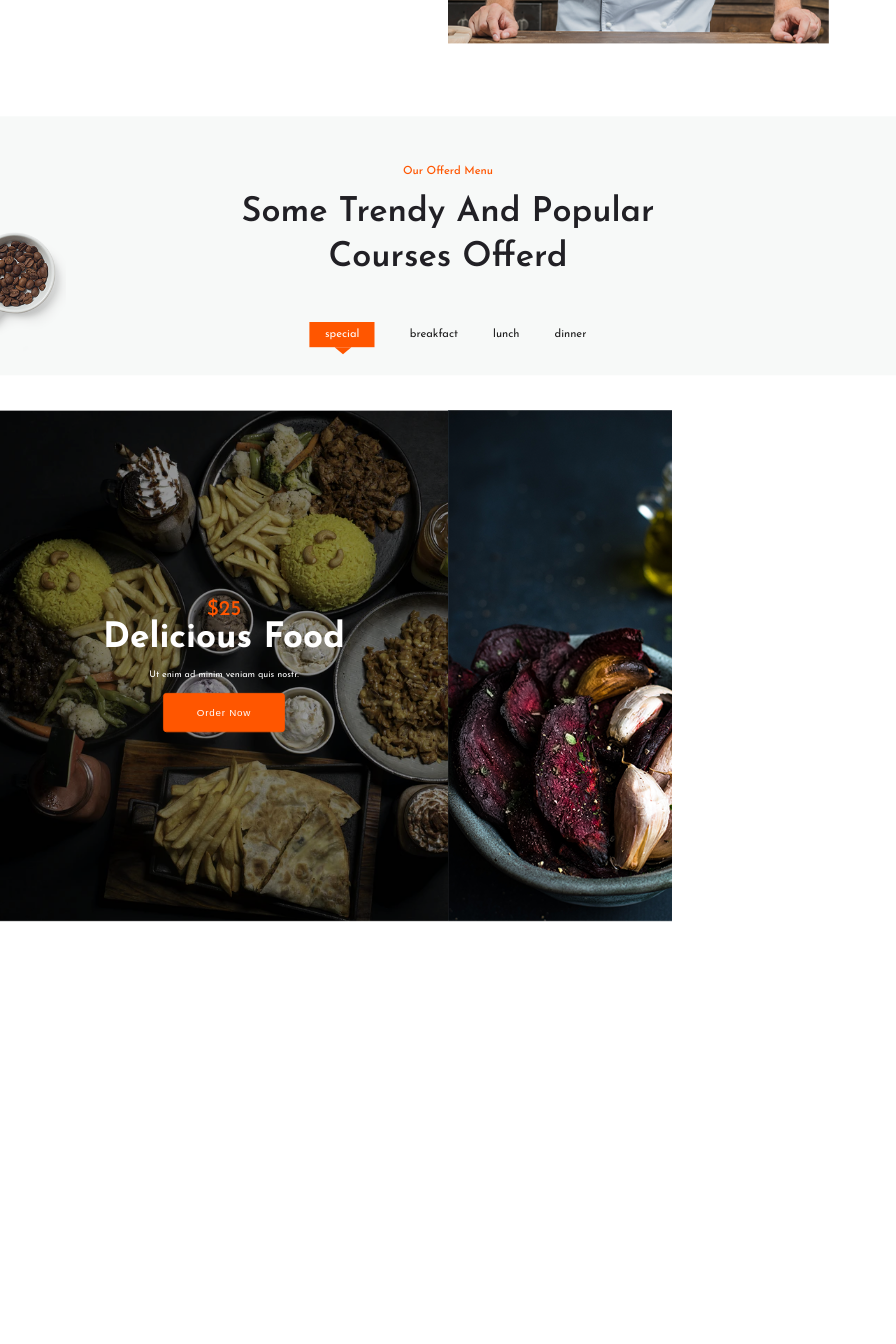
Repository: Ebtehal18/food
Page: index.html
These files come from the project's save history. The page is drawn as it stood at one moment and after the next save; the edit follows.
The browser window is 1280 px wide. The pictures show the part of the page from y = 1770 to 3690 px (the page is 10000 px tall), at 70% of full size.

Above is the page before, as saved 2024-01-18 15:15:41.

### index.html
<!DOCTYPE html>
<html lang="en">
  <head>
    <meta charset="UTF-8" />
    <meta name="viewport" content="width=device-width, initial-scale=1.0" />
    <title>Food All</title>
    <link rel="preconnect" href="https://fonts.googleapis.com">
    <link rel="preconnect" href="https://fonts.gstatic.com" crossorigin>
    <link href="https://fonts.googleapis.com/css2?family=Josefin+Sans:wght@200;300;400;500;600;700&display=swap" rel="stylesheet">
    <link rel="stylesheet" href="asessets/css/style.css" />
    <link rel="stylesheet" href="asessets/css/External/all.min.css" />
  </head>
  <body>
    <!-- nav bar -->
    <header class="header">
      <div class="logo"><img src="asessets/imgs/logo.png" alt="logo" /></div>
      <label for="checkbox"><i class="fa-solid fa-bars"></i></label>
      <input type="checkbox" id="checkbox">
      <nav class="nav">
        <ul class="nav-list">
          <li class="list-item"><a href="#">Home</a></li>
          <li class="list-item"><a href="#">About</a></li>
          <li class="list-item"><a href="#">Menu</a></li>
          <li class="list-item">
            <a href="#">Blog</a>
            <ul class="dropdown-list">
              <li class="dropdown-item"><a href="#">Blog</a></li>
              <li class="dropdown-item"><a href="#">Blog Details</a></li>
              <li class="dropdown-item"><a href="#">Element</a></li>
            </ul>
          </li>
          <li class="list-item"><a href="#">Contact</a></li>
        </ul>
      </nav>
      <button class="btn btn-nav">Order Online</button>
    </header>

    <!-- hero -->

    <section class="hero">
      <div class="container">
        <div class="row">
         <div class="hero-content">
           <span class="span">Discover Your Teste</span>
          <h1>We belive good food offer great smile</h1>
          <p>
            Ut enim ad minim veniam, quis nostrud exercitation ullamco laboris
            nisi ut aliquip ex ea commodo consequat is aute irure.
          </p>
          <button class="btn-hero">Resurvation</button>
        </div>
          </div>
        </div>
      </div>
    </section>

  <!-- about -->
    <section class="about">
      <div class="container">
        <div class="row">
        <div class="about-content">
          <span class="span">Discover Your Teste</span>
          <h2>We Provide Good Food For Your Family!</h2>
          <p>Ut enim acgsd minim veniam, quxcis nostrud exercitation ullamco laboris nisi ufsit aliquip ex ea commodo consequat is aute irure m, quis nostrud exer.</p>
          <div class="row">
        <div class="about-detail">
          <div class="about-icon">
            <img src="asessets/imgs/cooking.png" alt="cooking">
          </div>
        <p>Ut enim ad minim veniam, quis nostrud exer.</p>
      </div>
        <div class="about-detail">
          <div class="about-icon">
            <img src="asessets/imgs/restaurant.png" alt="cooking">
          </div>
        <p>Ut enim ad minim veniam, quis nostrud exer.</p>
      </div>
        <div class="about-detail">
          <div class="about-icon">
            <img src="asessets/imgs/chef.png" alt="cooking">
          </div>
        <p>Ut enim ad minim veniam, quis nostrud exer.</p>
      </div>
        <div class="about-detail">
          <div class="about-icon">
            <img src="asessets/imgs/cooking.png" alt="cooking">
          </div>
        <p>Ut enim ad minim veniam, quis nostrud exer.</p>
      </div>
          </div>
        </div>
        <div class="about-img">
          <img src="asessets/imgs/about.png" alt="chef's img">
        </div>
        </div>
      </div>
    </section>
    <!-- menu -->
    <section class="menu-sec">
      <div class="menu">
         <div class="container">
        <div class="menu-heading">
          <span class="span">Our Offerd Menu</span>
          <h2>Some Trendy And Popular Courses Offerd</h2>
          <ul class="list-menu">
            <li class="menu-item"><a href="#">special</a></li>
            <li  class="menu-item"><a href="#">breakfact</a></li>
            <li  class="menu-item"><a href="#">lunch</a></li>
            <li  class="menu-item"><a href="#">dinner</a></li>
          </ul>
        </div>


      </div>
    </div>
      <div class="grid-menu">
        <div class="menu-img">
          <div class="overlay">
            <span class="span">$25</span>
            <h2>Delicious Food</h2>
            <p>Ut enim ad minim veniam quis nostr.</p>
            <button class="btn-hero">Order Now</button>
          </div>
        </div>
        <div class="menu-img"></div>
        <div class="menu-img"></div>
        <div class="menu-img"></div>

      </div>
    </section>

  </body>
</html>

### asessets/css/style.css
/*
=======================================================
          public styles
======================================================= */
*,
*::after,
*::before {
  margin: 0;
  padding: 0;
  box-sizing: border-box;
}
html,
body {
  overflow-x: hidden;
}
body {
  font-family: "Josefin Sans", sans-serif;
  color: #141517;
  height: 10000px;
}
a {
  text-decoration: none;
}
li {
  list-style: none;
}
.container {
  width: 85%;
  margin: auto;
}
.row {
  display: flex;
  justify-content: space-between;
  align-items: flex-start;
}
.span {
  color: #ff5600;
  font-size: 16px;
  font-weight: 500;
  display: inline-block;
}

@media (max-width: 767px) {
  .row {
    flex-flow: column wrap;
  }
}

/*
=====================================================
            end public styles
=====================================================
 */

/* ===============
        navbar
 ================= */
.header {
  z-index: 999;
  display: flex;
  background-color: #fff;
  position: fixed;
  justify-content: space-around;
  align-items: center;
  top: 0;
  padding: 20px 65px;
  width: 100%;
}
.header .logo {
  width: 46%;
}
.header .nav .nav-list .list-item {
  padding: 0 30px;
  display: inline-block;
}
.header .nav .nav-list .list-item a {
  color: #141517;
  font-weight: 400;
  font-size: 16px;
  text-decoration: none;
}
.header .nav .nav-list .list-item a:hover {
  color: #ff5600;
}
.header .nav .nav-list .list-item:nth-child(4) {
  position: relative;
}
.header .nav .list-item .dropdown-list {
  padding: 10px 15px;
  background-color: #fff;
  position: absolute;
  top: 44px;
  left: -4px;
  opacity: 0;
  transition: all 0.4s ease-in;
  -webkit-transition: all 0.4s ease-in;
  -moz-transition: all 0.4s ease-in;
  -ms-transition: all 0.4s ease-in;
  -o-transition: all 0.4s ease-in;
}
.header .nav .nav-list .list-item:nth-child(4):hover .dropdown-list {
  opacity: 1;
  top: 63px;
}

.header .nav .list-item .dropdown-list li {
  width: 140px;
  display: inline-block;
  margin-bottom: 20px;
}
.header .btn {
  position: relative;
  z-index: 1;
  cursor: pointer;
  color: #464d65;
  outline: none;
  border: 1px solid #ff5600;
  font-size: 14px;
  font-weight: 500;
  background-color: transparent;
  padding: 19px 47px;
  border-radius: 5px;
  -webkit-border-radius: 5px;
  -moz-border-radius: 5px;
  -ms-border-radius: 5px;
  -o-border-radius: 5px;
  transition: all 0.4s ease-in;
  -webkit-transition: all 0.4s ease-in;
  -moz-transition: all 0.4s ease-in;
  -ms-transition: all 0.4s ease-in;
  -o-transition: all 0.4s ease-in;
}
.header .btn::before {
  background-color: #ff5600;
  position: absolute;
  content: "";
  top: 0;
  left: 0;
  height: 0%;
  width: 100%;
  z-index: -1;
  transition: all 0.4s ease-in;
  -webkit-transition: all 0.4s ease-in;
  -moz-transition: all 0.4s ease-in;
  -ms-transition: all 0.4s ease-in;
  -o-transition: all 0.4s ease-in;
}
.header .btn:hover {
  color: #fff;
}
.header .btn:hover::before {
  height: 100%;
}
.header input,
label {
  display: none;
}
@media (max-width: 1100px) {
  .header .logo {
    width: 20%;
  }
}

@media (max-width: 991px) {
  .header {
    justify-content: space-between;
    padding: 10px 20px;
  }
  .header .logo {
    width: 84%;
  }
  .header nav .nav-list {
    display: none;
  }
  .header .nav-list {
    padding: 20px 0;
    left: 0;
    right: 0;
    background-color: #ffb400fa;
    position: absolute;
    top: 100%;
  }

  .header .nav .nav-list .list-item {
    margin-bottom: 20px;
    padding: 0 30px;
    display: block;
  }
  .header .nav .nav-list .list-item a {
    color: #fff;
  }

  .header .nav .nav-list .list-item:nth-child(4):hover .dropdown-list {
    border-radius: 5px;
    left: 30px;
    top: 23px;
    background-color: #ff5600;
    -webkit-border-radius: 5px;
    -moz-border-radius: 5px;
    -ms-border-radius: 5px;
    -o-border-radius: 5px;
  }
  .header .nav .list-item .dropdown-list li {
    display: block;
  }
  .header .nav .list-item .dropdown-list a,
  .header .nav .list-item .dropdown-list a:hover {
    color: #fff;
  }
  .header .btn {
    display: none;
  }
  .header label {
    display: block;
  }
  .header label i {
    font-size: 24px;
  }
  .header input:checked + nav .nav-list {
    display: block;
  }
}

/* ===============
       end  navbar
 ================= */
/* ===============
       hero
 ================= */
.hero {
  display: flex;
  width: 100%;
  height: 1080px;
  background-image: url(../imgs/h1_hero.png);
  background-size: cover;
  background-position: bottom;
}

/* .hero .hero-content {
  margin-top: -237px;
} */

.hero .hero-content h1 {
  margin-top: 40px;
  font-weight: 700;
  color: #212025;
  font-size: 87px;
  width: 80%;
  line-height: 1.4;
}
.hero .hero-content p {
  font-weight: 400;
  margin-bottom: 30px;
  line-height: 1.3;
  width: 44%;
  color: #212025;
  font-size: 16px;
}
 .btn-hero {
  letter-spacing: 1.1px;
  position: relative;
  z-index: 1;
  cursor: pointer;
  color: #fff;
  outline: none;
  border: 1px solid #ff5600;
  font-size: 14px;
  font-weight: 500;
  background-color: #ff5600;
  padding: 19px 47px;
  border-radius: 5px;
  -webkit-border-radius: 5px;
  -moz-border-radius: 5px;
  -ms-border-radius: 5px;
  -o-border-radius: 5px;
  transition: all 0.4s ease-in;
  -webkit-transition: all 0.4s ease-in;
  -moz-transition: all 0.4s ease-in;
  -ms-transition: all 0.4s ease-in;
  -o-transition: all 0.4s ease-in;
}
 .btn-hero::before {
  z-index: -1;
  content: "";
  background-color: rgba(0, 0, 0, 0.6);
  top: 0;
  left: 0;
  width: 0;
  height: 100%;
  position: absolute;
  transition: all 0.4s;
  -webkit-transition: all 0.4s;
  -moz-transition: all 0.4s;
  -ms-transition: all 0.4s;
  -o-transition: all 0.4s;
}
.btn-hero:hover::before {
  filter: grayscale(50%);
  width: 100%;
  -webkit-filter: grayscale(50%);
}
@media (max-width: 1100px) {
  .hero .hero-content {
    margin: 0;
  }
  .hero .hero-content h1 {
    font-size: 60px;
  }
}

@media (max-width: 991px) {
  .hero {
    height: 700px;
  }
  .hero .hero-content {
    margin: 0;
    padding: 206px 0 100px;
  }
  .hero .hero-content .span {
    margin-bottom: 40px;
  }
  .hero .hero-content h1 {
    width: 88%;
    font-size: 50px;
    margin-bottom: 40px;
  }
  .hero .hero-content p {
    line-height: 1.4;
    width: 74%;
  }
}

@media (max-width: 767px) {
  .hero {
    height: 600px;
  }
  .hero .hero-content {
    padding: 100px 0 0;
    margin: 0;
  }
  .hero .hero-content span {
    margin-bottom: 20px;
  }
  .hero .hero-content h1 {
    font-size: 27px;
    width: 100%;
    margin-bottom: 30px;
  }
  .hero .hero-content p {
    margin-bottom: 20px;
    width: 100%;
  }
}

/* about */
.about {
  padding: 100px 0;
}
.about .container .row {
  align-items: center;
}
.about .about-content {
  width: 50%;
}
.about .about-content h2 {
  margin: 15px 0 20px;
  color: #212025;
  font-size: 49px;
  font-weight: 600;
  line-height: 1.4;
  width: 83%;
}
.about .about-content p {
  width: 77%;
  color: #212025;
  font-size: 16px;
  font-weight: 400;
  line-height: 1.3;
}
.about .about-content .row {
  margin-top: 50px;
  display: grid;
  grid-template-columns: repeat(2, 1fr);
  gap: 20px;
}
.about .about-content .row .about-detail {
  display: flex;
  gap: 20px;
  align-items: center;
}
.about .about-content .row .about-detail p {
  width: 69%;
}

.about .row .about-detail .about-icon {
  width: 15%;
}
.about .row .about-detail .about-icon img,
.about .about-img img {
  width: 100%;
}
.about .about-img {
  width: 50%;
}
@media (max-width: 991px) {
  .about {
    padding: 50px 0;
  }
  .about .row {
    flex-flow: row wrap;
  }
  .about .about-content {
    width: 100%;
  }
  .about .about-content h2 {
    width: 100%;
    font-size: 27px;
  }
  .about .about-content .row {
    margin-top: 25px;
    display: grid;
    grid-template-columns: repeat(2, 1fr);
    gap: 20px;
  }
  .about .about-img {
    margin-top: 20px;
    width: 100%;
  }
}

@media (max-width: 767px) {
  .about {
    padding: 40px 0;
  }
  .about .about-content {
    width: 100%;
  }
  .about .about-content h2 {
    width: 100%;
    font-size: 27px;
  }
  .about .about-content .row {
    margin-top: 25px;
    display: grid;
    grid-template-columns: repeat(1, 1fr);
    gap: 20px;
  }
  .about .about-img {
    margin-top: 20px;
    width: 100%;
  }
}
/* menu */
.menu {
  background-image: url(../imgs/section_bg01.png);
  background-size: cover;
  background-position: center center;
  padding: 70px 0 50px;
}
.menu .menu-heading {
  text-align: center;
}
/* .menu .menu-heading span {
  margin-bottom: 20px;
} */
.menu .menu-heading h2 {
  line-height: 1.3;
  margin: auto;
  width: 59%;
  color: #212025;
  font-size: 49px;
  font-weight: 600;
  margin-top: 20px;
}
.menu .menu-heading .list-menu {
  margin-top: 70px;
  display: flex;
  justify-content: center;
  gap: 50px;
}
}
.menu .menu-heading .list-menu li a{
  text-transform: uppercase;

}

.menu .menu-heading .list-menu li:not(:first-child) a {
  z-index: 1;
  font-weight: 400;
  font-size: 16px;
  color: #1b1b1b;
  text-decoration: none;
}

.menu .menu-heading .list-menu li:first-child a {
  background-color: #ff5600;
  padding: 10px 22px;
  position: relative;
  color: #fff;
}
.menu .menu-heading .list-menu li:first-child a::before {
  top: 36px;
  left: 38%;
  content: "";
  position: absolute;
  width: 0;
  height: 0;
  border-bottom: 12px solid transparent;
  border-top: 10px solid #ff5600;
  border-left: 12px solid transparent;
  border-right: 12px solid transparent;
}



.menu-sec .grid-menu{
  margin-top: 50px;
  display: grid;
  grid-template-columns: repeat(4,1fr);
  grid-template-rows: repeat(2,1fr);
}
.menu-sec .grid-menu .menu-img {
  overflow: hidden;
  position: relative;
}
.menu-sec .grid-menu .menu-img .overlay{
 width: 100%;
 height: 100%;
 display: flex;
 align-items: center;
 justify-content: center;
 flex-direction: column;
 position: absolute;
 z-index: 1;
 text-align: center;
  background-color: rgba(0, 0, 0, 0.4);
 /* opacity: 0; */
 transition:all 0.3s ease-in ;
 -webkit-transition:all 0.3s ease-in ;
 -moz-transition:all 0.3s ease-in ;
 -ms-transition:all 0.3s ease-in ;
 -o-transition:all 0.3s ease-in ;
 /* bottom: -500px; */
}
.menu-sec .grid-menu .menu-img:hover .overlay{
  /* bottom: 0;
  opacity: 1; */
  animation-name: animation;
  animation-duration: 0.4s;
  /* animation-iteration-count: infinite; */
}
@keyframes animation {
  0%{
    opacity: 1;
    bottom: 0;
  }
  100%{
    opacity: 1;
    bottom: 0;
  }
}

.menu-sec .grid-menu .menu-img .overlay .span{
  font-size: 30px;
}
.menu-sec .grid-menu .menu-img .overlay h2{
  color: #fff;
font-size: 50px;
font-weight: 700;
margin-bottom: 20px;

}
.menu-sec .grid-menu .menu-img .overlay p{
      margin-bottom: 20px;
      color: #fff;
      font-size: 13px;
}

.menu-sec .grid-menu .menu-img:nth-child(1){
  grid-column: 1/3;
  grid-row: 1/-1;
  background-image: url(../imgs/gallery1.png);
  background-size: cover;
  background-position: bottom;
  min-height: 730px;
}

.menu-sec .grid-menu .menu-img:nth-child(2){
  background-image: url(../imgs/gallery2.png);
  background-size: cover;
  background-position: left;
  min-height: 730px;
  grid-row: 1/-1;

}
.menu .grid-menu .menu-img:nth-child(3) {
  background-image: url(../imgs/gallery3.png);
  background-size: cover;
  background-position: left;
  min-height: 375px;

}
.menu .grid-menu .menu-img:nth-child(4) {
  background-image: url(../imgs/gallery4.png);
  background-size: cover;
  background-position: left;
  min-height: 375px;
}
.menu .grid-menu .menu-img:nth-child(1):hover{


}

Loaded but not shown: asessets/css/External/all.min.css (library)

After the next save:
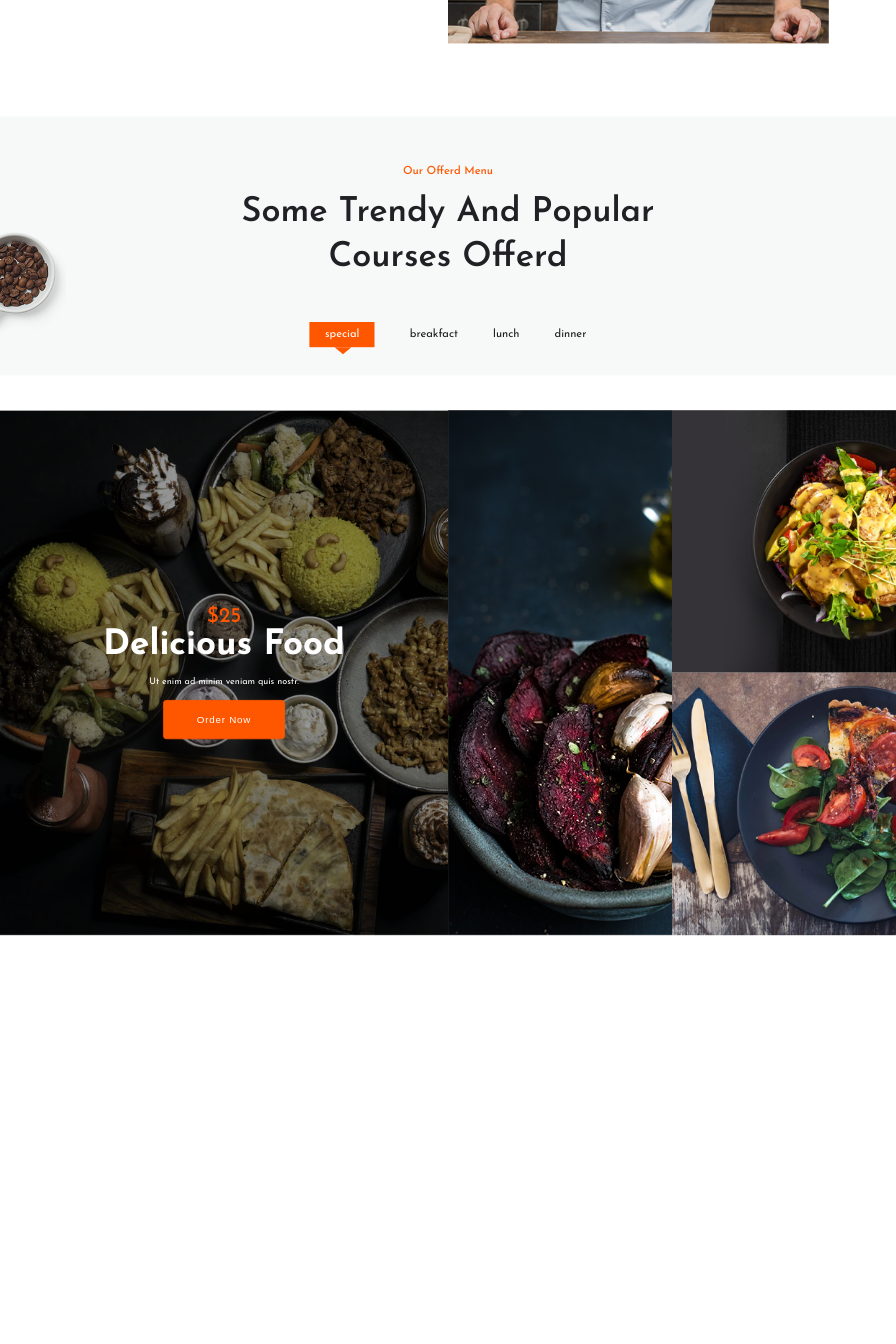
Saved 18 s later.
--- a/asessets/css/style.css
+++ b/asessets/css/style.css
@@ -593,14 +593,14 @@ margin-bottom: 20px;
   grid-row: 1/-1;
 
 }
-.menu .grid-menu .menu-img:nth-child(3) {
+.menu-sec .grid-menu .menu-img:nth-child(3) {
   background-image: url(../imgs/gallery3.png);
   background-size: cover;
   background-position: left;
   min-height: 375px;
 
 }
-.menu .grid-menu .menu-img:nth-child(4) {
+.menu-sec .grid-menu .menu-img:nth-child(4) {
   background-image: url(../imgs/gallery4.png);
   background-size: cover;
   background-position: left;
